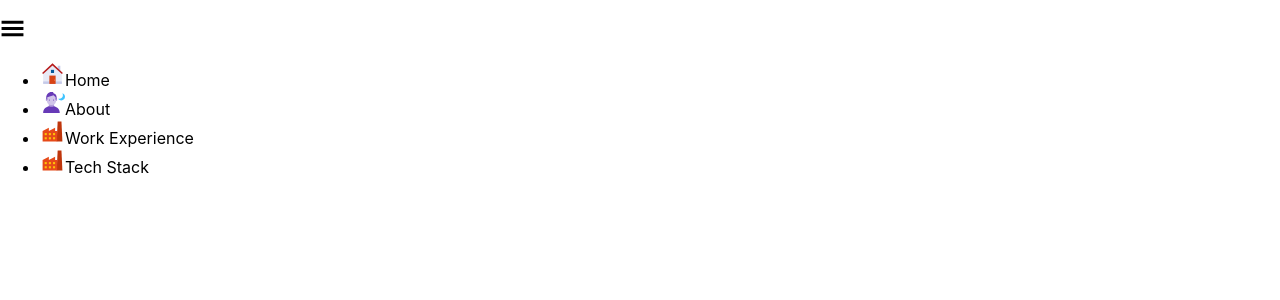
Repository: Laoye99/portfolio
Page: /
An editor plug-in stored every save of this project. The page is shown before and after the next save, followed by the edit.
The browser window is 1280 px wide. The pictures show the whole page.
The project was rebuilt for these pictures with package versions that can differ from the ones it lists, and the page was loaded fresh each time. Also part of the build but not shown: src/App.css.

Above is the page before, as saved 2024-02-13 09:56:44.

After the next save:
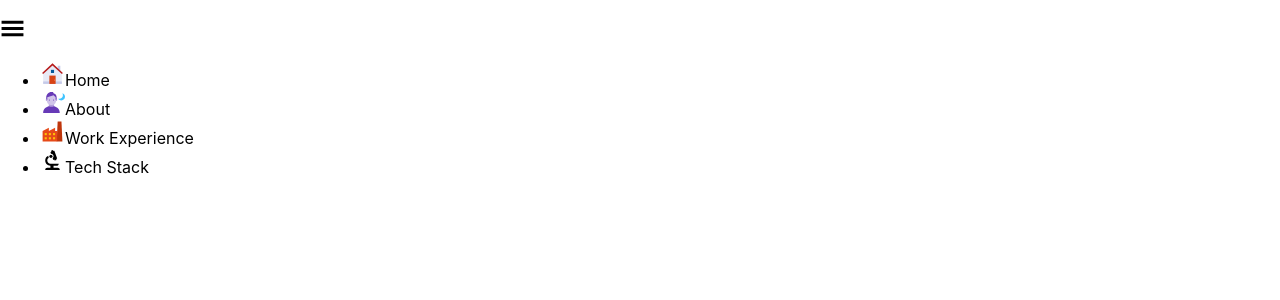
Saved 20 s later.
--- a/src/components/Navbar.js
+++ b/src/components/Navbar.js
@@ -64,7 +64,7 @@ const Navbar = () => {
         duration={100}
         offset={-100}
         >
-        <FcFactory size={25}/>
+        <MdBiotech size={25}/>
         Tech Stack
         </Link>
         </li>
